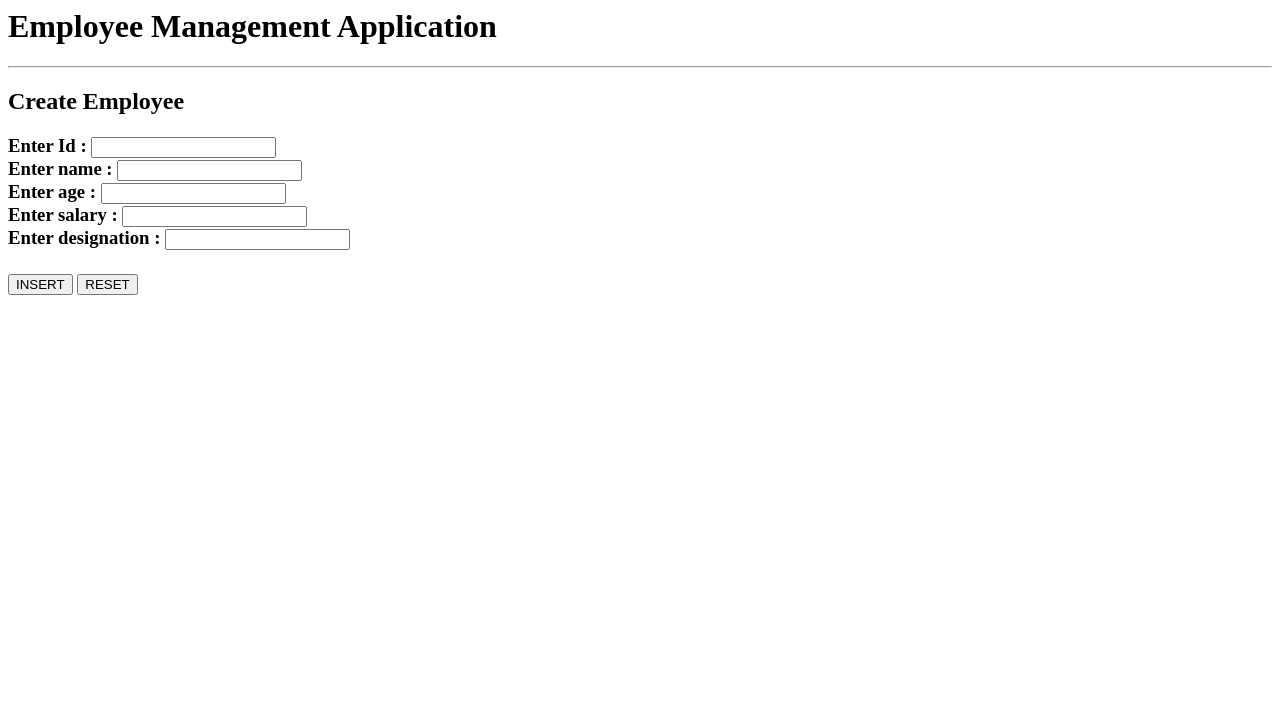
Repository: jayaprakash1250/SpringBootProjects
Page: springdataJPAdemo/src/main/webapp/index.html
The author's editor kept a copy of each file at every save. The page is drawn from the files as they stood at one save, then again after the next save.
The browser window is 1280 px wide. The pictures show the whole page.

Above is the page before, as saved 2022-06-01 07:26:39.

After the next save:
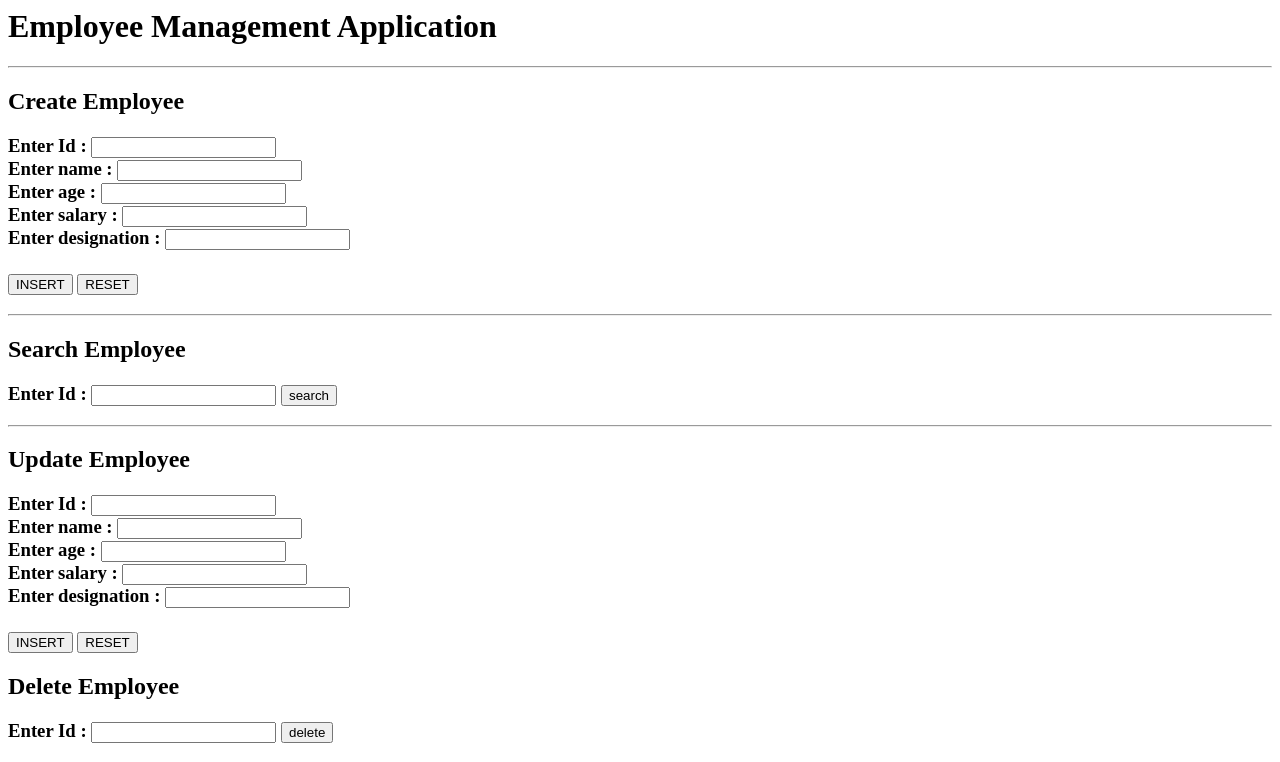
Saved 115 s later.
--- a/springdataJPAdemo/src/main/webapp/index.html
+++ b/springdataJPAdemo/src/main/webapp/index.html
@@ -14,3 +14,37 @@
      <input type = "reset" value = "RESET"/>
    </h3>
 </form>
+<hr>
+<h2> Search Employee </h2>
+<form action = "createEmp">
+   <h3>
+     Enter Id : <input type = "number" name = "eid">
+
+     <input type = "submit" value = "search"/>
+
+   </h3>
+</form>
+<hr>
+<h2> Update Employee </h2>
+<form action = "updateEmp">
+   <h3>
+     Enter Id : <input type = "number" name = "eid"><br/>
+     Enter name : <input type = "text" name = "name"><br/>
+     Enter age : <input type = "number" name = "age"><br/>
+     Enter salary : <input type = "number" name = "salary"><br/>
+     Enter designation : <input type = "text" name = "designation"><br/>
+     <br/>
+
+     <input type = "submit" value = "INSERT"/>
+     <input type = "reset" value = "RESET"/>
+   </h3>
+</form>
+ <h2> Delete Employee </h2>
+<form action = "createEmp">
+   <h3>
+     Enter Id : <input type = "number" name = "eid">
+
+     <input type = "submit" value = "delete"/>
+
+   </h3>
+</form>
